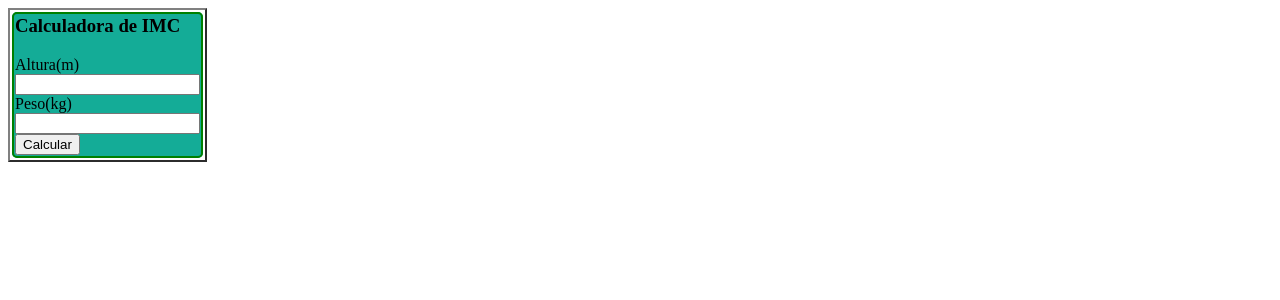
Repository: Patriciamativi/Projetos
Page: index.html
These files come from the project's save history. The page is drawn as it stood at one moment and after the next save; the edit follows.
The browser window is 1280 px wide. The pictures show the whole page.

Above is the page before, as saved 2022-11-21 14:38:32.

### index.html
<html>
    <head>
        <title>Calculadora de IMC</title>
        <meta charset="utf-8"/>

        <style type="text/css">

            tr {
                background-color: rgb(20, 172, 151);

            }
            td {
                border: 2px solid green;
                border-radius: 5px;
                background-color: rgb(20, 172, 151);
            }
        </style>
    </head>
<table border="2">
    <body>
         <tr>
            <td><h3>Calculadora de IMC</h3>
            Altura(m)<br/>
            <input type: "number" > </br>
            Peso(kg)<br/>
            <input type: "number" > </br>
            <input type= "submit" value="Calcular"></td></tr>

    </table>
</body>
</html>

After the next save:
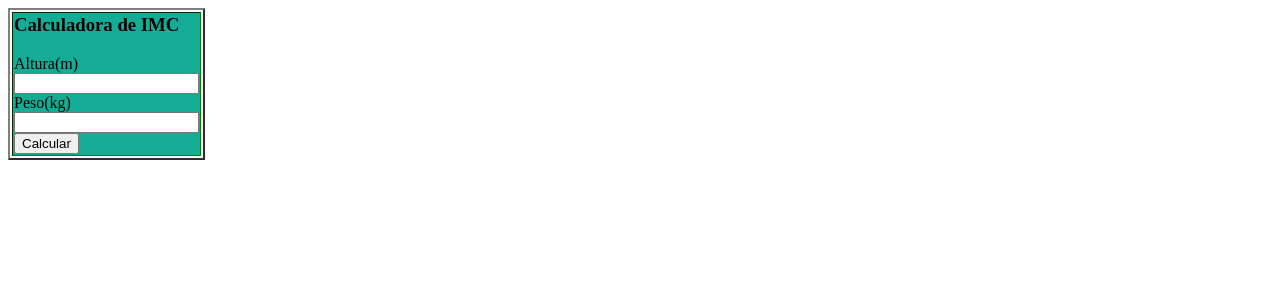
Saved 7 s later.
--- a/index.html
+++ b/index.html
@@ -7,11 +7,11 @@
 
             tr {
                 background-color: rgb(20, 172, 151);
-
+                border: 2px solid green;
+                border-radius: 5px;
             }
             td {
-                border: 2px solid green;
-                border-radius: 5px;
+
                 background-color: rgb(20, 172, 151);
             }
         </style>
